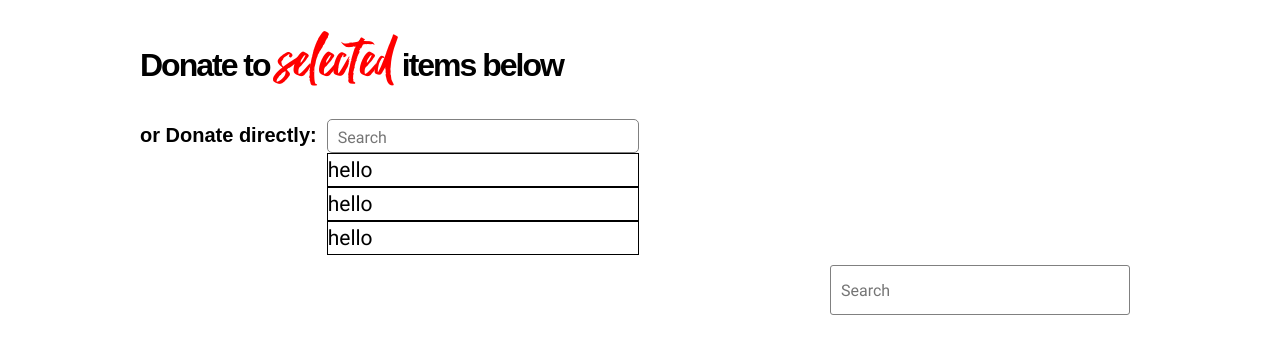
Repository: David-Waite/edableStyleChanges
Page: /
These files come from the project's save history. The page is drawn as it stood at one moment and after the next save; the edit follows.
The browser window is 1280 px wide. The pictures show the whole page.
The project was rebuilt for these pictures with package versions that can differ from the ones it lists, and the page was loaded fresh each time. Also part of the build but not shown: src/components/Item/ProgressBar.css, src/components/Volunteer/Volunteer.tsx, src/components/DonorForm/Message.css, src/components/Volunteer/VolunteerError.tsx, src/components/Default.tsx, src/components/DonorForm/Paypal.tsx, src/components/DonorForm/DonorForm.tsx, src/components/DonorForm/PastDonations.css and 8 more.

Above is the page before, as saved 2022-11-09 19:41:57.

After the next save:
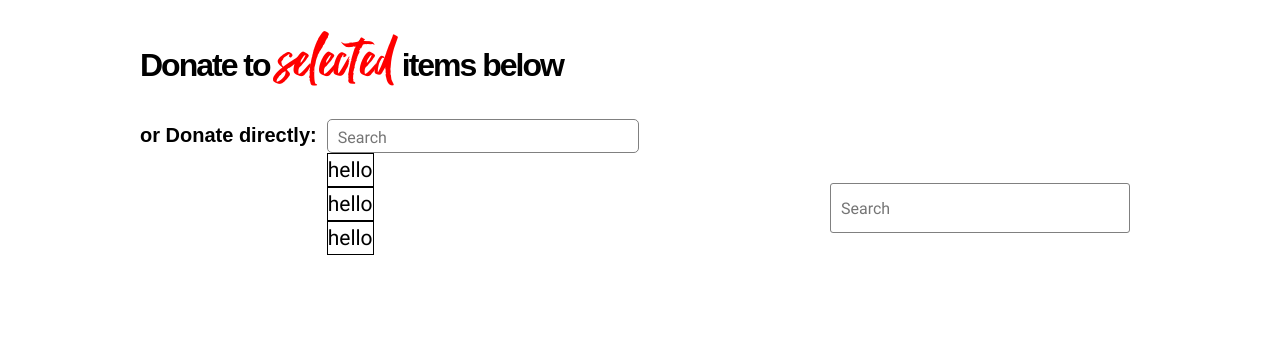
Saved 8 s later.
--- a/src/components/Landing/Landing.css
+++ b/src/components/Landing/Landing.css
@@ -60,6 +60,9 @@
   margin-left: 10px;
 }
 
+.orgNameCon {
+  position: absolute;
+}
 .orgName {
   border: 1px solid black;
 }
